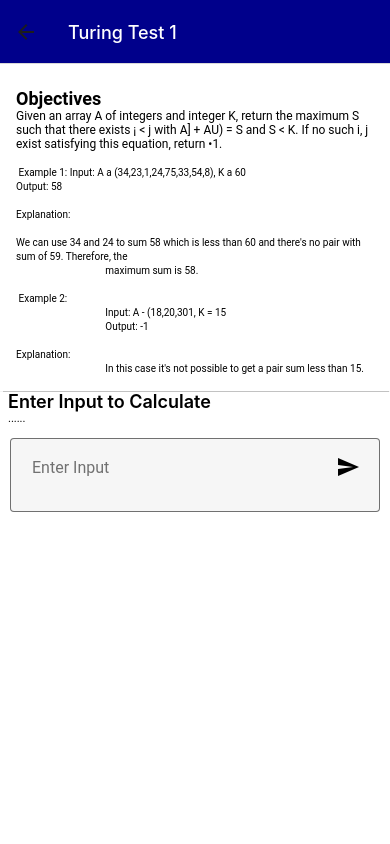
Repository: seyicoded/rn-crazy-algorithm-app
Screen: /TuringTest1
The author's editor kept a copy of each file at every save. The screen is drawn from the files as they stood at one save, then again after the next save.
The app was drawn by React Native's web renderer in a window 390 px wide. The project was rebuilt for these pictures with package versions that can differ from the ones it lists, and the page was loaded fresh each time. Also part of the build but not shown: src/screens/sort.js, src/screens/filter.js, src/screens/advance.js, src/screens/sorts/Sort_simple_number.js, src/screens/sorts/Sort_alphabet.js, src/screens/filters/Filter_simple_number.js, src/screens/advance/Advance_number.js, src/screens/advance/Multiplier_number.js.

Above is the screen before, as saved 2022-04-01 23:24:18.

### App.js
import 'react-native-gesture-handler';
import { StatusBar } from 'expo-status-bar';
import { StyleSheet, Text, View } from 'react-native';
import Main from './src/main'
export default function App() {
  return (
    <View style={styles.container}>
      <Main />
      <StatusBar style="auto" />
    </View>
  );
}

const styles = StyleSheet.create({
  container: {
    flex: 1,
    backgroundColor: '#fff',
  },
});

### src/main.js
import { View, Text } from 'react-native'
import React from 'react'
import {NavigationContainer} from '@react-navigation/native'
import {createStackNavigator} from '@react-navigation/stack'
import Home from './screens/index'
import Sort from './screens/sort'
import Filter from './screens/filter'
import Advance from './screens/advance'
import Sort_simple_number from './screens/sorts/Sort_simple_number'
import Sort_alphabet from './screens/sorts/Sort_alphabet'
import Filter_simple_number from './screens/filters/Filter_simple_number'
import Advance_number from './screens/advance/Advance_number'
import Multiplier_number from './screens/advance/Multiplier_number'
import TuringTest1 from './screens/advance/TuringTest1'

const StackNav = createStackNavigator()

export default function Main() {
  return (
    <NavigationContainer>
        <StackNav.Navigator>
            <StackNav.Screen name="Home" options={{headerMode: 'none'}} component={Home} />
            <StackNav.Screen name="Filter" options={{headerMode: 'none'}} component={Filter} />
            <StackNav.Screen name="Sort" options={{headerMode: 'none'}} component={Sort} />
            <StackNav.Screen name="Advance" options={{headerMode: 'none'}} component={Advance} />

            {/* sort aspect */}
            <StackNav.Screen name="Sort_simple_number" options={{title: 'Number Sort', headerStyle: {backgroundColor: 'darkblue', color: 'white'}, headerTitleStyle: {color: 'white'}}} component={Sort_simple_number} />
            <StackNav.Screen name="Sort_alphabet" options={{title: 'Alphabet Sort', headerStyle: {backgroundColor: 'darkblue', color: 'white'}, headerTitleStyle: {color: 'white'}}} component={Sort_alphabet} />

            {/* filter aspect */}
            <StackNav.Screen name="Filter_simple_number" options={{title: 'Number Filter', headerStyle: {backgroundColor: 'darkblue', color: 'white'}, headerTitleStyle: {color: 'white'}}} component={Filter_simple_number} />
            <StackNav.Screen name="Advance_number" options={{title: 'Advance Number Section', headerStyle: {backgroundColor: 'darkblue', color: 'white'}, headerTitleStyle: {color: 'white'}}} component={Advance_number} />
            <StackNav.Screen name="Multiplier_number" options={{title: 'Multiplier Number Section', headerStyle: {backgroundColor: 'darkblue', color: 'white'}, headerTitleStyle: {color: 'white'}}} component={Multiplier_number} />
            <StackNav.Screen name="TuringTest1" options={{title: 'Turing Test 1', headerStyle: {backgroundColor: 'darkblue', color: 'white'}, headerTitleStyle: {color: 'white'}}} component={TuringTest1} />
        </StackNav.Navigator>
    </NavigationContainer>
  )
}

### src/screens/index.js
import { View, Text, StyleSheet, FlatList, TouchableOpacity } from 'react-native'
import React, {useState, useEffect, useRef} from 'react'
import Header from '../layout/header'
import { List, Avatar, Card, Title, Paragraph, Button } from 'react-native-paper';

const data = [
    {
        id: 'Sort',
        image: 'https://picsum.photos/700',
        title: 'Sort',
    },
    {
        id: 'Filter',
        image: 'https://picsum.photos/700',
        title: 'Filter',
    },
    {
        id: 'Advance',
        image: 'https://picsum.photos/700',
        title: 'Advance',
    },
]

export default function Index({route, navigation}) {
    const [color, setColor] = useState('darkblue');
    var timer = null;
    var ColorChanger = useRef('darkblue');


    useEffect(()=>{
        timer = setInterval(()=>{
            // console.log('.')
            ColorChanger.current = (ColorChanger.current == 'darkblue') ? 'darkred' : 'darkblue';
            setColor(ColorChanger.current);
        }, 1000);
        return ()=>{
            clearInterval(timer);
        }
    }, [])

    const styles = StyleSheet.create({
        container: {
          flex: 1,
          width: '100%',
          backgroundColor: '#fff',
        },
        header: {
            fontSize: 16,
            textAlign: 'center',
            marginTop: 20,
            marginBottom: 20,
            color: color,
            fontWeight: '700',
        },
        list: {
            width: '100%',
        },
        card: {
            // backgroundColor: 'red',
            margin: 20,
            shadowColor: '#000',
            shadowOffset: { width: 0, height: 2 },
            shadowOpacity: 0.8,
            elevation: 4
        }
    });

    return (
        <View style={styles.container}>
            <Header title="Home" visible={false} navigation={navigation} />
            <Text style={styles.header}>Let's Prep Shall We</Text>

            <FlatList
                data={data}
                style={styles.list}
                renderItem={({ item }) => {
                    return (
                        <TouchableOpacity onPress={() => navigation.navigate(item.id, {title: item.title})}>
                            <Card style={styles.card}>
                                <Card.Cover source={{ uri: item.image }} />
                                {/* <Card.Actions style={{justifyContent: 'center'}}>
                                    <Button onPress={()=>navigation.navigate(item.id)}>{item.title}</Button>

                                </Card.Actions> */}

                                <Card.Content style={{justifyContent: 'center'}}>
                                    <Title style={{textAlign: 'center', marginTop:12, color: 'darkblue'}}>{item.title}</Title>
                                </Card.Content>
                            </Card>
                        </TouchableOpacity>
                    )
                }}
                numColumns={1}
            />

            {/* <Card>
                <Card.Cover source={{ uri: 'https://picsum.photos/700' }} />

                <Card.Content>
                    <Title>Card title</Title>
                </Card.Content>
            </Card> */}

        </View>
    )
}

### src/screens/advance/TuringTest1.js
import { StyleSheet, Text, View, TouchableOpacity, Pressable, Keyboard, ScrollView } from 'react-native'
import React from 'react'
import { Banner, RadioButton, TextInput } from 'react-native-paper';
import {Ionicons} from '@expo/vector-icons'

export default function TuringTest1() {
    const [value, setValue] = React.useState('ascending');
    const [byWhat, setbyWhat] = React.useState('letter');
    const [unsortedVal, setunsortedVal] = React.useState('');
    const [sortedVal, setsortedVal] = React.useState('');
    const [calDone, setcalDone] = React.useState([]);

    // console.log(calDone)

    const calculate = (numbers, counts) => {
        var number = unsortedVal;
        var count = 0;
        var calRecord = [];
        // check if length is one
        // if(number.length <= 1){
        //     setsortedVal(`final number is: ${number}, number of calculation: ${count}`);
        //     return ;
        // }

        // const num_array = (number).toString().split('');
        // var new_num = 1;
        // for (let i = 0; i < num_array.length; i++) {
        //     const element = parseInt(num_array[i]);
        //     new_num *= element;
        // }

        // count++;
        // console.log(new_num)
        do{
            if(number.toString().length <= 1){
                setsortedVal(`final number is: ${number}, number of calculation: ${count}`);
                setcalDone(calRecord);
                return ;
            }

            console.log(number.toString())

            var num_array = (number).toString().split('');
            var calRecordIndexer = num_array.join(' x ');
            var new_num = 1;
            for (let i = 0; i < num_array.length; i++) {
                const element = parseInt(num_array[i]);
                new_num *= element;
            }

            calRecordIndexer = calRecordIndexer + ' = ' + new_num;
            calRecord[count] = calRecordIndexer;
            count++;
            number = new_num;
            if(number.toString().length <= 1){
                setsortedVal(`final number is: ${number}, number of calculation: ${count}`);
                setcalDone(calRecord);
                return ;
            }

        }while((number).toString().length > 1)
        // return calculate(new_num, count);
    }

  return (
      <Pressable onPress={()=>{Keyboard.dismiss()}} style={{flex: 1,}}>
        <ScrollView style={styles.container}>
            <Banner
                visible={true}
                actions={[
                ]}
                >
                    <View>
                        <Text style={{fontWeight: '600', fontSize: 18}}>Objectives</Text>
                        <Text />
                        <Text style={{fontSize: 12}}>
                            {`Given an array A of integers and integer K, return the maximum S such that there exists ¡ < j with A] + AU) = S and S < K. If no such i, j exist satisfying this equation, return •1.`}

                            <Text style={{fontSize: 10}}>
                                {`\n \n Example 1: Input: A a (34,23,1,24,75,33,54,8), K a 60 \nOutput: 58
                                    \nExplanation:
                                    \nWe can use 34 and 24 to sum 58 which is less than 60 and there's no pair with sum of 59. Therefore, the
                                    maximum sum is 58.
                                    \n Example 2:
                                    Input: A - (18,20,301, K = 15
                                    Output: -1
                                    \nExplanation:
                                    In this case it's not possible to get a pair sum less than 15.`}
                            </Text>
                        </Text>
                    </View>
            </Banner>

            <Text />

            <Text style={styles.title_element}>Enter Input to Calculate</Text>
            <Text style={{fontSize: 10, marginLeft: 8}}>......</Text>

            <TextInput
                label='Enter Input'
                mode='outlined'
                style={styles.input}
                value={unsortedVal}
                multiline={true}
                keyboardType='numeric'
                right={<TextInput.Icon forceTextInputFocus={false} onPress={()=>calculate(unsortedVal, 0)} style={{zIndex: 999}} name="send" />}
                onChangeText={text => setunsortedVal(text)}
            />

            <Text />

            {
                sortedVal.length > 0 ?
                <View>
                    <Text style={[styles.title_element, {marginTop: 14}]}>Solved Output</Text>
                    <Text style={styles.sorted_output}>
                        {sortedVal}
                    </Text>

                    <Text/>
                    <Text style={{marginLeft: 10}}>Belows are the calculation done:</Text>
                    <View style={{alignItems: 'center',}}>
                        {
                            calDone.map((item, index) => {
                                return <Text style={{fontSize: 23, marginTop: 3}}>{item}</Text>
                            })
                        }
                    </View>

                </View>
                :<></>
            }
        </ScrollView>
    </Pressable>
  )
}

const styles = StyleSheet.create({
    container: {
        flex: 1,
        backgroundColor: '#fff',
    },
    title_element: {
        fontWeight: '600',
        fontSize: 18,
        paddingLeft: 8
    },
    radio: {
        flexDirection: 'row',
        justifyContent: 'space-between',
        alignItems: 'center',
        marginHorizontal: 10,
        backgroundColor: 'rgba(0, 0, 0, 0.05)',
        paddingHorizontal: 8,
    },
    input: {
        marginHorizontal: 10,
        marginVertical: 8,
        // backgroundColor: 'rgba(0, 0, 0, 0.05)',
        paddingHorizontal: 8,
        zIndex: 99
    },
    sorted_output: {
        margin: 20,
        backgroundColor: 'rgba(0, 0, 0, 0.05)',
        padding: 10,
        fontSize: 18,
    }
})

### src/layout/header.js
import { View, Text } from 'react-native'
import React, {useState, useEffect} from 'react'
import { Appbar } from 'react-native-paper';

export default function Header({title, visible, navigation}) {
    // const [visible, setVisible] = useState(false);

    if(visible){
        return (
            <Appbar.Header style={{backgroundColor: 'darkblue'}}>
                {
                    (visible) ?
                    <Appbar.BackAction onPress={()=>navigation.goBack()} />
                    :<></>
                }
                <Appbar.Content title={title} />
            </Appbar.Header>
          )
    }else{
        return (
            <Appbar.Header style={{backgroundColor: 'darkblue'}}>
                <Appbar.Content title={title} />
            </Appbar.Header>
          )
    }

}

After the next save:
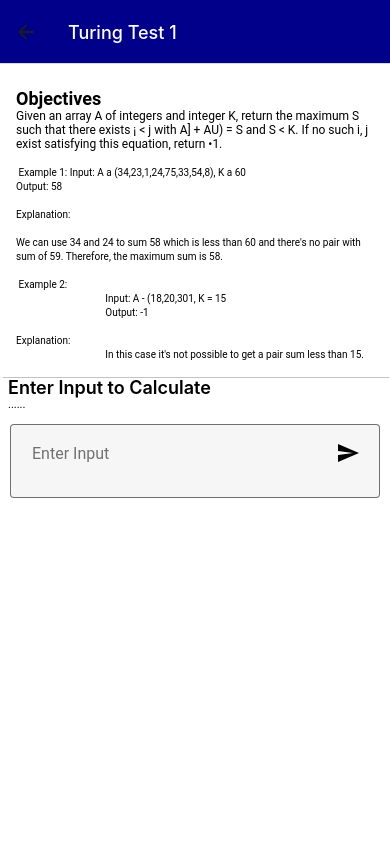
Saved 5 s later.
--- a/src/screens/advance/TuringTest1.js
+++ b/src/screens/advance/TuringTest1.js
@@ -79,8 +79,7 @@ export default function TuringTest1() {
                             <Text style={{fontSize: 10}}>
                                 {`\n \n Example 1: Input: A a (34,23,1,24,75,33,54,8), K a 60 \nOutput: 58
                                     \nExplanation:
-                                    \nWe can use 34 and 24 to sum 58 which is less than 60 and there's no pair with sum of 59. Therefore, the
-                                    maximum sum is 58.
+                                    \nWe can use 34 and 24 to sum 58 which is less than 60 and there's no pair with sum of 59. Therefore, the maximum sum is 58.
                                     \n Example 2:
                                     Input: A - (18,20,301, K = 15
                                     Output: -1
